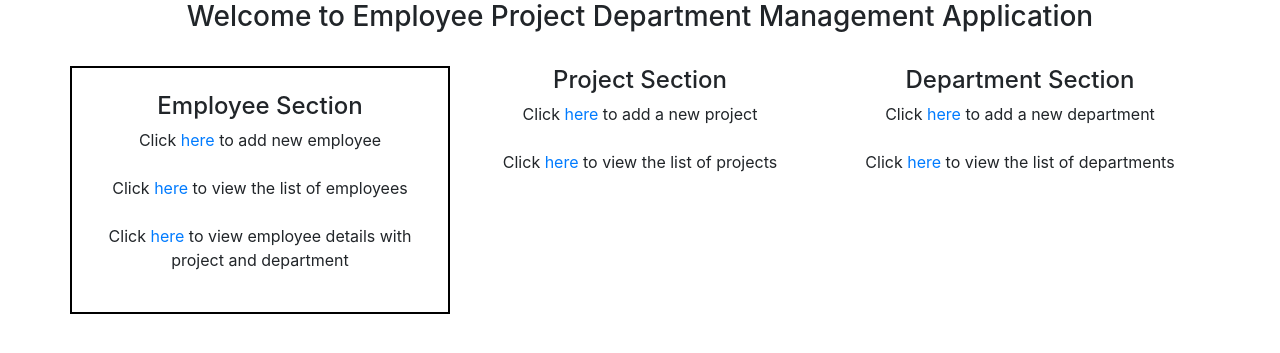
Repository: ArmanAli-cmd/EmployeeProjectDepartmentApplication
Page: http://localhost/EmployeeProjectDepartmentMVCApplication/views/index.jsp
These files come from the project's save history. The page is drawn as it stood at one moment and after the next save; the edit follows.
The browser window is 1280 px wide. The pictures show the whole page.
The page is served by Tomcat 9. The template is opened directly, without the code that normally fills it, so the values that code supplies are empty.

Above is the page before, as saved 2024-01-18 06:05:43.

After the next save:
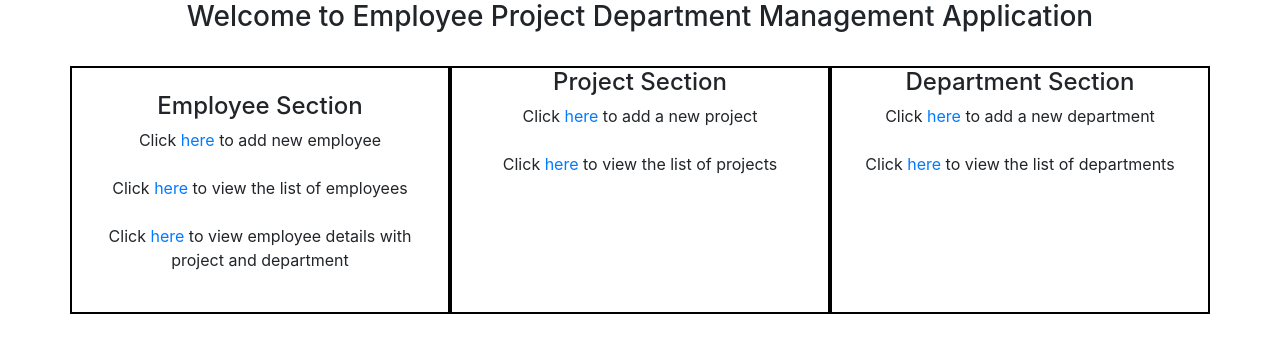
Saved 22 s later.
--- a/EmployeeProjectDepartmentMVCApplication/src/main/webapp/views/index.jsp
+++ b/EmployeeProjectDepartmentMVCApplication/src/main/webapp/views/index.jsp
@@ -47,7 +47,7 @@
 					with project and department<br> <br>
 				</p>
 			</div>
-			<div class="col-sm-4">
+			<div class="col-sm-4" style="border: 2px solid black;">
 				<h4>Project Section</h4>
 				<p>
 					Click <a href="/views/project-signup.jsp">here</a> to add a new
@@ -55,7 +55,7 @@
 					view the list of projects
 				</p>
 			</div>
-			<div class="col-sm-4">
+			<div class="col-sm-4" style="border: 2px solid black;">
 				<h4>Department Section</h4>
 				<p>
 					Click <a href="/views/department-signup.jsp">here</a> to add a new
